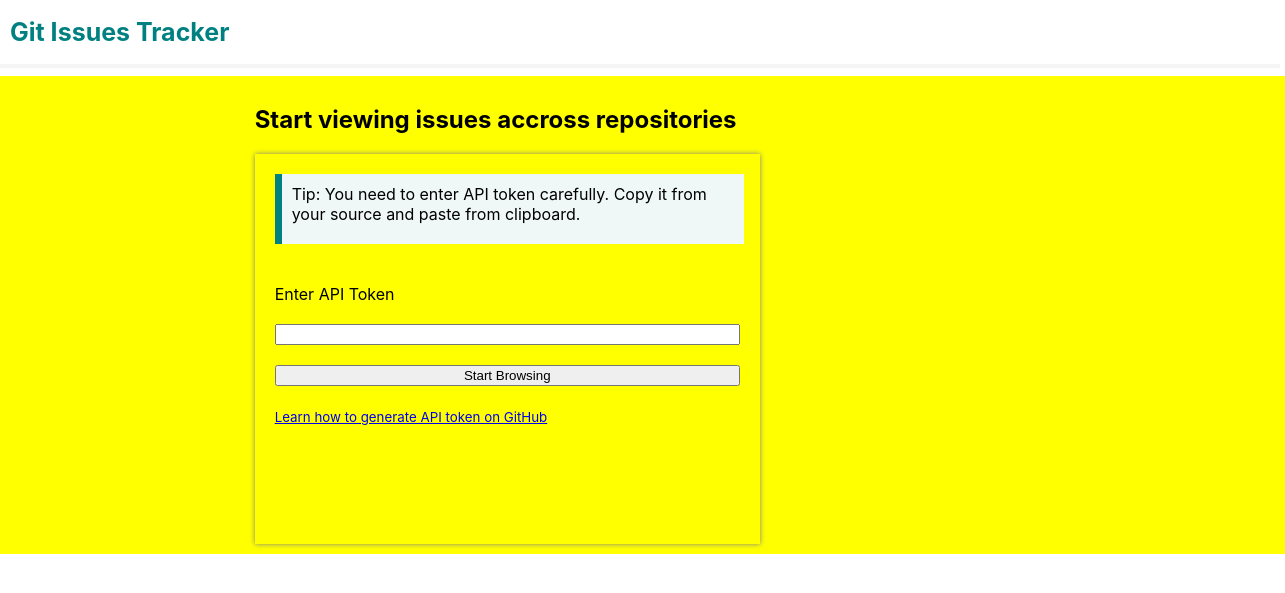
Repository: duzzisantos/github-repos-react-graphql
Page: /
An editor plug-in stored every save of this project. The page is shown before and after the next save, followed by the edit.
The browser window is 1280 px wide. The page is 1285 px wide, so the pictures cover 1285 px, including what lies to the right of the window. The pictures show the whole page.
The project was rebuilt for these pictures with package versions that can differ from the ones it lists, and the page was loaded fresh each time. Also part of the build but not shown: src/components/table/Filters.tsx, src/components/table/Pagination.tsx, src/components/table/TableComponent.tsx, src/components/table/columnHelpers.ts, src/utilities/funtions.ts, src/pages/Repositories.tsx, src/components/cards/Cards.tsx, src/pages/ViewRepository.tsx.

Above is the page before, as saved 2024-06-17 17:41:36.

### src/index.tsx
import React from "react";
import ReactDOM from "react-dom/client";
import "./index.css";
import App from "./App";
import reportWebVitals from "./reportWebVitals";
import { BrowserRouter } from "react-router-dom";
import { ApolloProvider } from "@apollo/client";
import client from "./api/apolloClient";

const root = ReactDOM.createRoot(
  document.getElementById("root") as HTMLElement
);
root.render(
  <React.StrictMode>
    <BrowserRouter>
      <ApolloProvider client={client}>
        <App />
      </ApolloProvider>
    </BrowserRouter>
  </React.StrictMode>
);

// If you want to start measuring performance in your app, pass a function
// to log results (for example: reportWebVitals(console.log))
// or send to an analytics endpoint. Learn more: https://bit.ly/CRA-vitals
reportWebVitals();

### src/App.tsx
import React from "react";
import "./styles.scss";
import { Routes, Route } from "react-router-dom";
import StartPage from "./pages/StartPage";
import Repositories from "./pages/Repositories";
import ViewRepository from "./pages/ViewRepository";

function App() {
  return (
    <div>
      <h1>Git Issues Tracker</h1>
      <hr />

      <Routes>
        <Route path="/" element={<StartPage />} />
        <Route path="/start" element={<StartPage />} />
        <Route path="/repositories" element={<Repositories />} />
        <Route path="/owner/repositoryName" element={<ViewRepository />} />
      </Routes>
    </div>
  );
}

export default App;

### src/api/apolloClient.ts
import { ApolloClient, InMemoryCache, createHttpLink } from "@apollo/client";
import { setContext } from "@apollo/client/link/context";

const http = createHttpLink({
  uri: "https://api.github.com/graphql",
});

const auth = setContext((_, { headers }) => {
  const apiToken = localStorage.getItem("authToken");

  return {
    headers: {
      ...headers,
      authorization: `Bearer ${apiToken}`,
    },
  };
});

const client = new ApolloClient({
  link: auth.concat(http),
  cache: new InMemoryCache(),
});

export default client;

### src/styles.scss
.container {
  width: 98.8%;
  background-color: yellow;
  padding: 10px 10px;
  display: flex;
  flex-direction: row;
  justify-content: center;
  bottom: 0;
  margin-left: auto;
}

h1 {
  font-size: 25px;
  padding: 0 10px;
  color: teal;
}

hr {
  border: 2px solid whitesmoke;
}

.display-item {
  width: 80%;
}

form {
  width: 60%;
  height: 350px;

  box-shadow: 0px 0px 5px gray;
  padding: 20px 20px;
}

.form-group {
  display: flex;
  flex-direction: column;
}

.user-tip {
  height: 50px;
  width: 95%;
  padding: 10px 10px;
  margin-bottom: 40px;
  border-left: 7px solid teal;
  background-color: rgb(239, 247, 247);
}

label,
input,
.primary-btn {
  margin-bottom: 20px;
}

### src/pages/StartPage.tsx
import React from "react";
import Container from "src/components/Container";
import Form from "src/components/Form";

const StartPage = () => {
  return (
    <Container
      pageSubTitle="Start viewing issues accross repositories"
      children={<Form />}
    />
  );
};

export default StartPage;

### src/components/Container.tsx
import React from "react";

interface ContainerProps {
  pageSubTitle: string;
  repositoryOwner?: string;
  children: any;
}

const Container = ({
  pageSubTitle,
  children,
  repositoryOwner,
}: ContainerProps) => {
  return (
    <main className="container">
      <section>
        <h2>{pageSubTitle}</h2>
        <h3>{repositoryOwner}</h3>
        {children}
      </section>
    </main>
  );
};

export default Container;

### src/components/Form.tsx
import React, { useState } from "react";
import { useNavigate } from "react-router-dom";
import { useLazyQuery } from "@apollo/client";
import { GET_ALL_REPOSITORIES } from "src/api/queryhelper";
//We need to specify the types of data we would be utilizing as state

const Form = () => {
  const [apiToken, setApiToken] = useState("");
  const [apiPayLoad, setApiPayload] = useState([]);
  const [getRepositories, { loading, error, data }] =
    useLazyQuery(GET_ALL_REPOSITORIES);

  const navigate = useNavigate();

  const handleChange = (e: any) => {
    setApiToken(e.target.value);
  };

  const handleSubmit = () => {
    localStorage.setItem("authToken", apiToken);

    //We make the GraphQL API call here
    getRepositories()
      .then((res: any) => {
        console.log(res.data);
        setApiPayload(res.data.viewer.repositories.nodes);
      })
      .catch((err) => {
        console.warn(err?.message);
      });
  };

  if (data) {
    navigate("/repositories", {
      state: {
        //this is the result we want to consume as we navigate to the /repositories route
        data: data.viewer.repositories.nodes,
        error: error,
        loading: loading,
        apiPayLoad,
      },
    });
  }

  return (
    <form>
      <div className="user-tip">
        Tip: You need to enter API token carefully. Copy it from your source and
        paste from clipboard.
      </div>

      <div className="form-group">
        <label htmlFor="apiToken">Enter API Token</label>
        <input
          type="text"
          name="apiToken"
          value={apiToken}
          onChange={handleChange}
        />
        <button className="primary-btn" type="button" onClick={handleSubmit}>
          Start Browsing
        </button>

        <strong>{error && error.message}</strong>
      </div>
      <small className="form-text" id="info">
        <a
          title="Read short documentation"
          href="https://docs.github.com/en/authentication/keeping-your-account-and-data-secure/managing-your-personal-access-tokens"
        >
          Learn how to generate API token on GitHub
        </a>
      </small>
    </form>
  );
};

export default Form;

### src/api/queryhelper.ts
import { gql } from "@apollo/client";

const GET_ALL_REPOSITORIES = gql`
  query {
    viewer {
      repositories(first: 50) {
        nodes {
          id
          name
          owner {
            login
          }
          visibility
          stargazerCount
          forkCount
          url
          issues {
            totalCount
          }
          licenseInfo {
            name
          }
          updatedAt
          createdAt
        }
      }
    }
  }
`;

const GET_REPOSITORY_BY_NAME = gql`
  query ($name: NAME!) {
    node(name: $name) {
      ... on Repository {
        id
        name
        owner {
          login
        }
        visibility
        stargazerCount
        forkCount
        url
        issues {
          totalCount
        }
        licenseInfo {
          name
        }
        updatedAt
        createdAt
      }
    }
  }
`;

export { GET_ALL_REPOSITORIES, GET_REPOSITORY_BY_NAME };

Loaded but not shown: public/index.html (common file); src/index.css (common file); src/reportWebVitals.ts (common file)

After the next save:
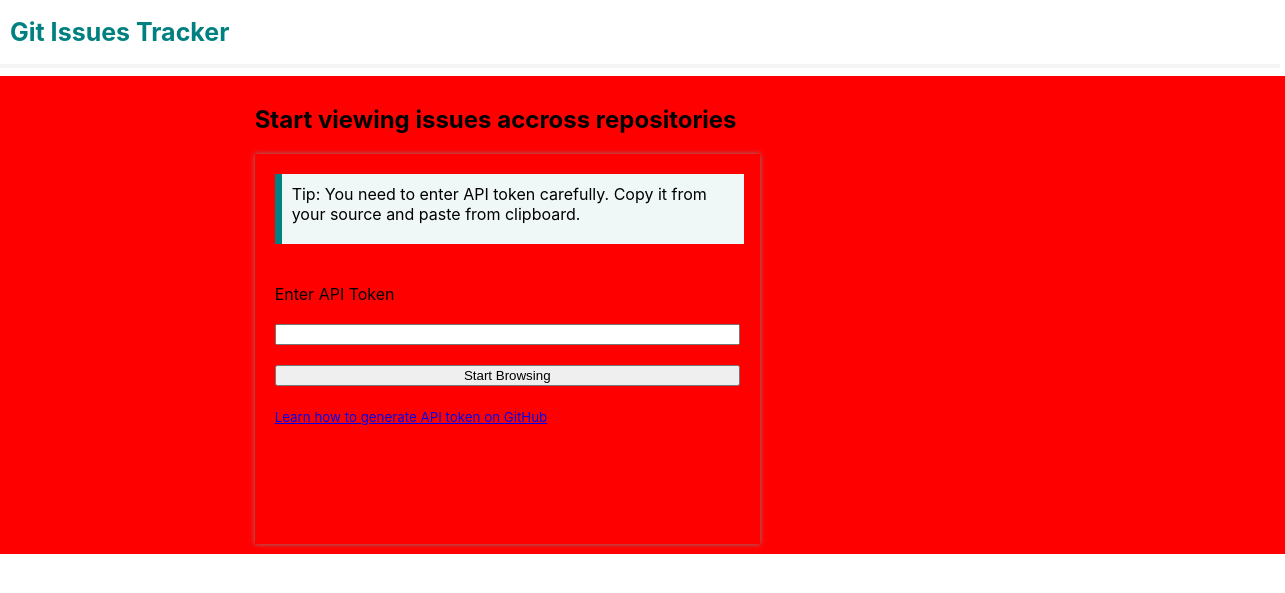
Saved 8 s later.
--- a/src/styles.scss
+++ b/src/styles.scss
@@ -1,6 +1,6 @@
 .container {
   width: 98.8%;
-  background-color: yellow;
+  background-color: red;
   padding: 10px 10px;
   display: flex;
   flex-direction: row;
